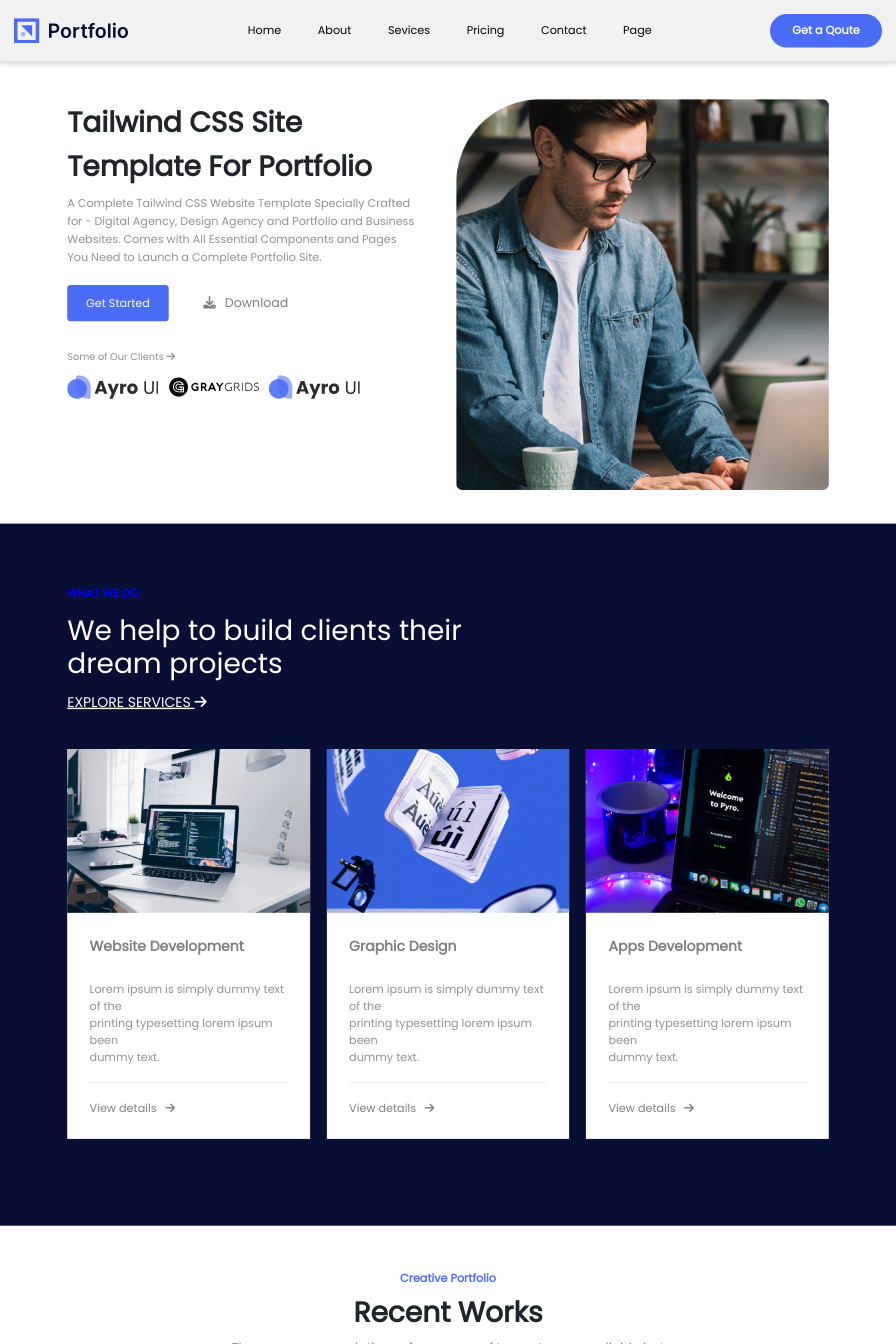
Repository: Vanthuy2002/My-Portfolio
Page: index.html
The author's editor kept a copy of each file at every save. The page is drawn from the files as they stood at one save, then again after a run of saves.
The browser window is 1280 px wide. The pictures show the part of the page from y = 0 to 1920 px (the page is 5676 px tall before and 5652 px after), at 70% of full size.

Above is the page before, as saved 2023-01-17 15:15:12.

After the next 3 saves:
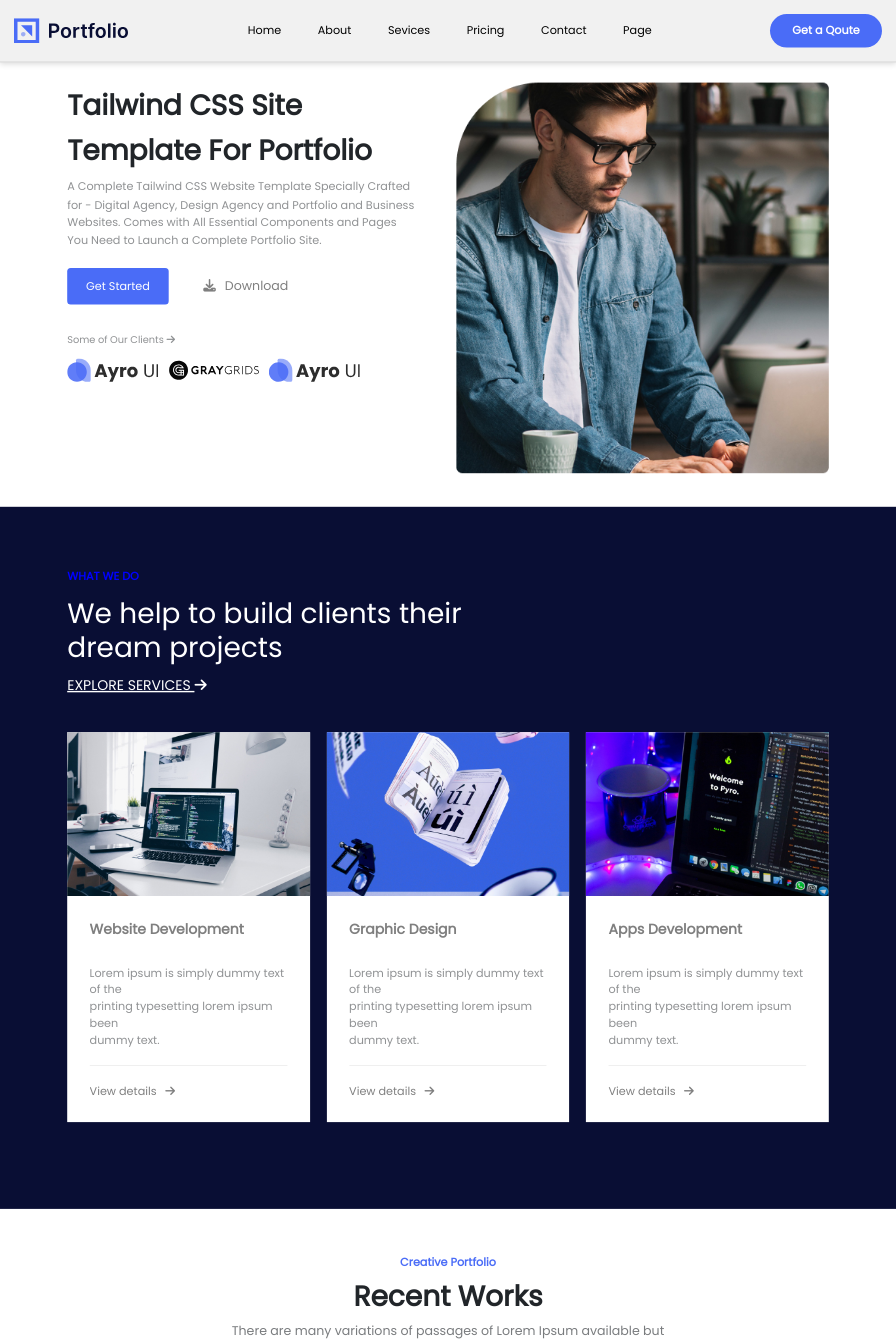
The 3 saves are shown as one change because they came seconds apart.
The last was saved 10 s later.
--- a/index.html
+++ b/index.html
@@ -48,8 +48,7 @@
         </div>
 
         <!-- menu reponsive -->
-        .menu__re
-        <div class="offcanvas offcanvas-start" tabindex="-1" id="offcanvasExample" aria-labelledby="offcanvasExampleLabel">
+        <div class="offcanvas offcanvas-start menu__r" tabindex="-1" id="offcanvasExample" aria-labelledby="offcanvasExampleLabel">
             <div class="offcanvas-header">
               <h5 class="offcanvas-title" id="offcanvasExampleLabel">Offcanvas</h5>
               <button type="button" class="btn-close" data-bs-dismiss="offcanvas" aria-label="Close"></button>
